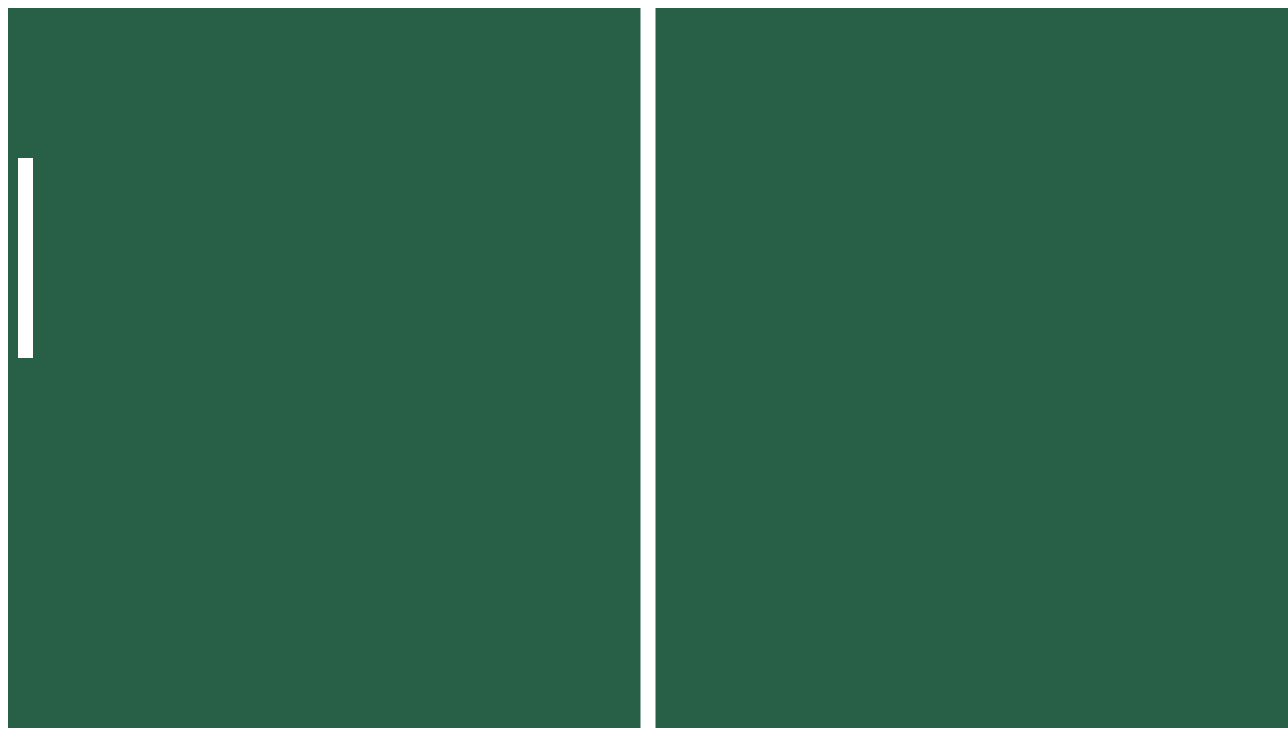
Repository: luizgaivaa/Game
Page: index.html
The author's editor kept a copy of each file at every save. The page is drawn from the files as they stood at one save, then again after the next save.
The browser window is 1280 px wide. The page is 1288 px wide, so the pictures cover 1288 px, including what lies to the right of the window. The pictures show the whole page.

Above is the page before, as saved 2024-03-26 15:52:12.

### index.html
<!DOCTYPE html>
<html lang="en">
<head>
    <meta charset="UTF-8">
    <meta name="viewport" content="width=device-width, initial-scale=1.0">
    <title>Ping_pong</title>
</head>
<body>
    <canvas></canvas>
        <script>
               const canvasEl = document.querySelector("canvas")
        const canvasCtx = canvasEl.getContext("2d")

        const lineWidth = 15
        function setup(){
            canvasEl.width = canvasCtx.width = window.innerWidth
            canvasEl.height = canvasCtx.height = window.innerHeight
        }

        function draw (){
            canvasCtx.fillStyle = "#286047"
            canvasCtx.fillRect(0,0, window.innerWidth, window.innerHeight)

            canvasCtx.fillStyle = "#ffffff"
            const x= window.innerWidth /2 - lineWidth /2
            const y = 0
            const w = lineWidth
            const h = window.innerHeight

            canvasCtx.fillRect(x,y,w,h)
            canvasCtx.fillRect(10,150,lineWidth,200)
        }
        setup()
        draw()
        </script>


</body>
</html>

After the next save:
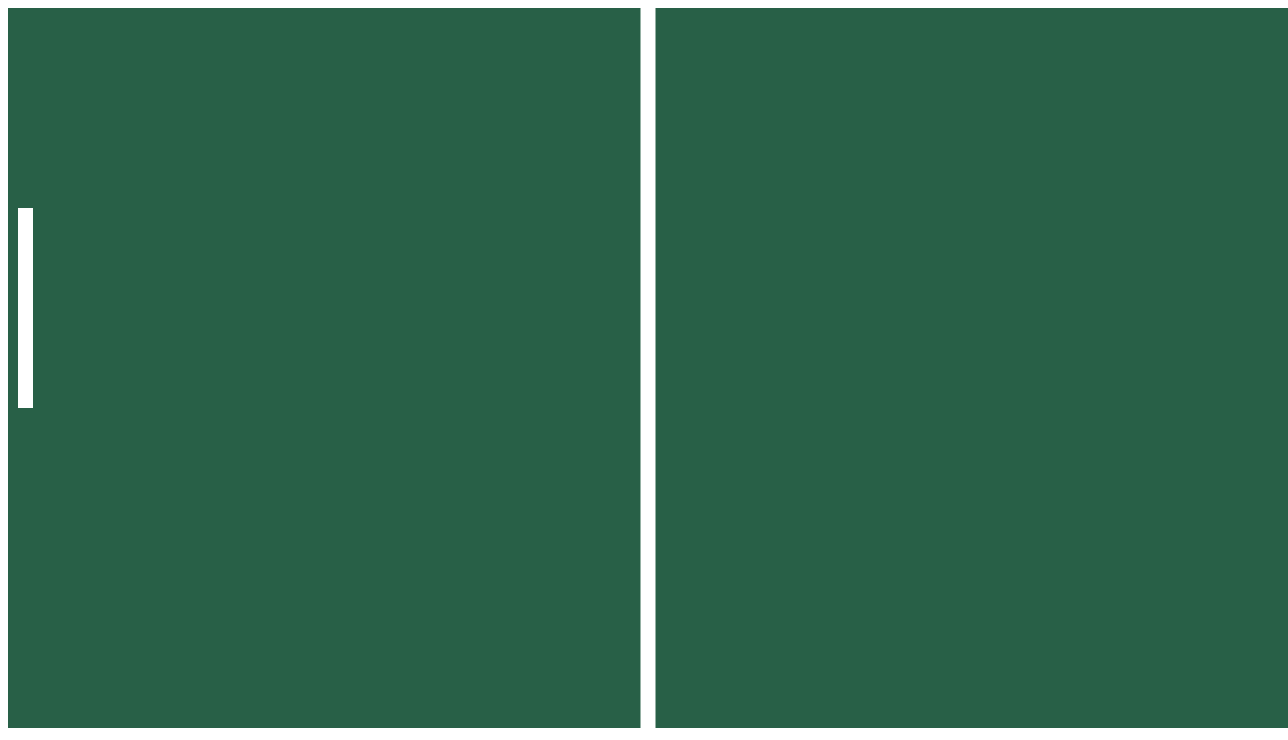
Saved 8 s later.
--- a/index.html
+++ b/index.html
@@ -28,7 +28,7 @@
             const h = window.innerHeight
 
             canvasCtx.fillRect(x,y,w,h)
-            canvasCtx.fillRect(10,150,lineWidth,200)
+            canvasCtx.fillRect(10,200,lineWidth,200)
         }
         setup()
         draw()
